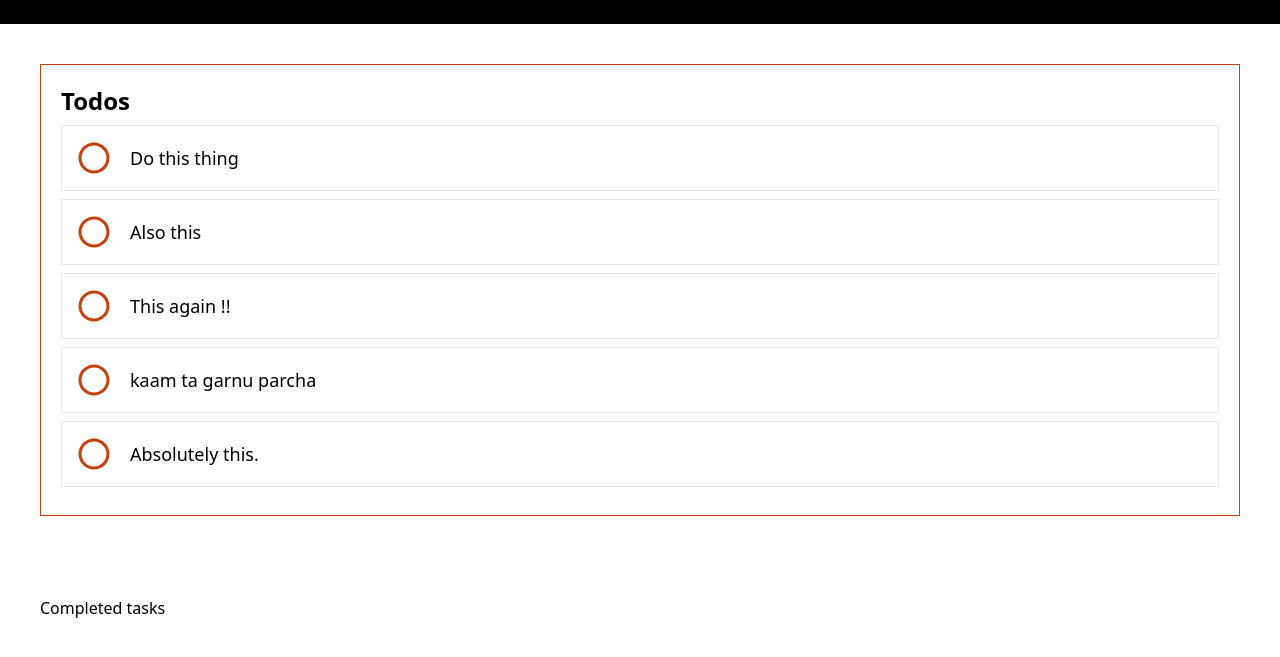
Repository: thekingisherenow/personalTodo
Page: /
These files come from the project's save history. The page is drawn as it stood at one moment and after the next save; the edit follows.
The browser window is 1280 px wide. The pictures show the whole page.
The project was rebuilt for these pictures with package versions that can differ from the ones it lists, and the page was loaded fresh each time. The framework's server and built-in components were replaced by stand-ins that run in the browser. Also part of the build but not shown: next.config.js, styles/Home.module.css.

Above is the page before, as saved 2022-12-15 17:20:17.

### pages/index.js
import Head from 'next/head'
import Image from 'next/image'
import Completed from '../components/Completed'
import Todos from '../components/Todos'
import styles from '../styles/Home.module.css'

export default function Home() {
  return (
    <div>
      <Head>
        <title>Create Next App</title>
        <meta name="description" content="To-do App" />
        <link rel="icon" href="/favicon.ico" />
      </Head>

     <div className='bg-white'>
      <h1 className='bg-black'>Completed --Tasks</h1>
      <Todos/>
      <Completed />
     </div>
    </div>
  )
}

### components/Completed.js
import React from 'react'

function Completed() {
  return (
    <div className='p-10'>
      Completed tasks
    </div>
  )
}

export default Completed

### components/Todos.js
import React from 'react'
import Todo from './Todo'

function Todos() {

    const todolist = [ "Do this thing","Also this", "This again !!" ,"kaam ta garnu parcha","Absolutely this."]

  return (
    <div className='p-5 m-10 border border-orange-700'>
      <h1 className='font-bold text-2xl'>Todos</h1>
        {todolist.map((todo)=>{
            return(
                <Todo todo={todo} />
            )
        })}

    </div>
  )
}

export default Todos

### components/Todo.js
import React, { useState } from 'react'
import { CheckCircleIcon } from '@heroicons/react/24/outline'
import { FaRegCircle ,FaRegCheckCircle } from 'react-icons/fa';

function Todo({todo}) {
    const [check, setCheck] = useState(false)

    //a function that removes the data.
  return (
    <div className='border  p-3 my-2 flex'>
        <div
         className=' w-10 h-10 flex justify-center items-center' onMouseEnter={()=>setCheck(true)}  onMouseLeave={()=>setCheck(false)} >

        { check?

<FaRegCheckCircle
className=' text-orange-700 w-8 h-8 ' /> :
<FaRegCircle className='w-8 text-orange-700 h-8' />
}
</div>

      <span className='text-center h-10 text-lg flex items-center justify-center p-4 '>{todo}</span>
    </div>
  )
}

export default Todo

Loaded but not shown: pages/_app.js (common file); styles/globals.css (common file); tailwind.config.js (common file)

After the next save:
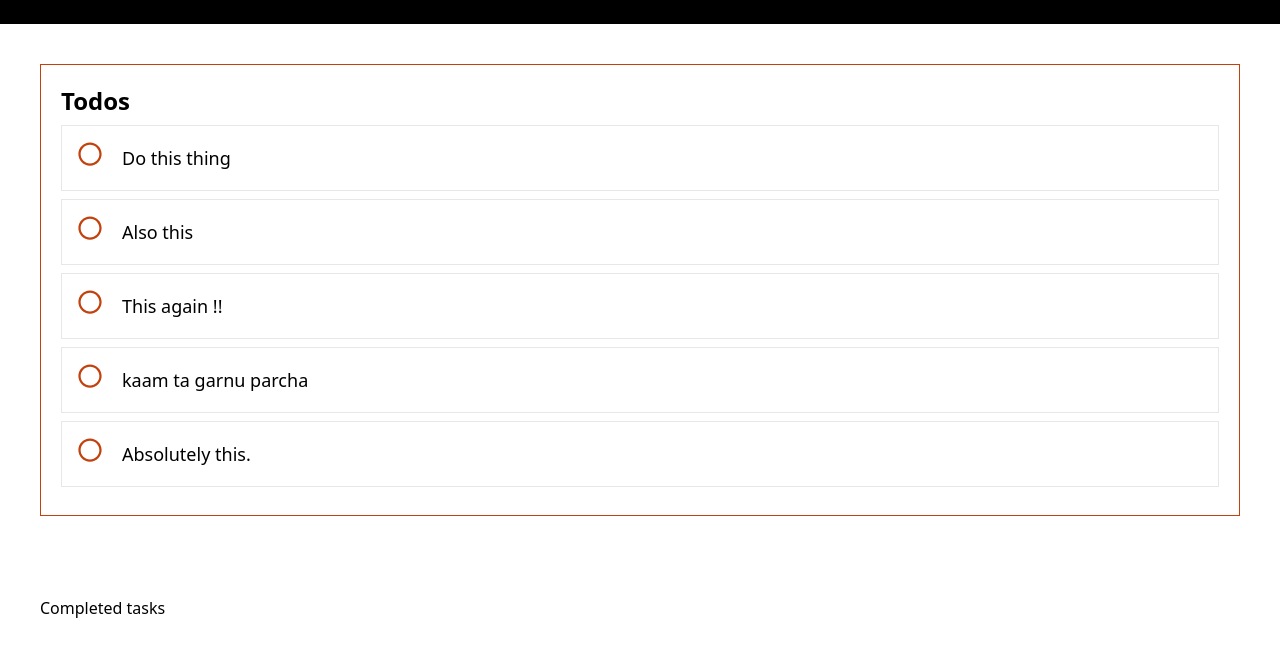
Saved 31 s later.
--- a/components/Todo.js
+++ b/components/Todo.js
@@ -9,13 +9,13 @@ function Todo({todo}) {
   return (
     <div className='border  p-3 my-2 flex'>
         <div
-         className=' w-10 h-10 flex justify-center items-center' onMouseEnter={()=>setCheck(true)}  onMouseLeave={()=>setCheck(false)} >
+         className=' w-8 h-8 flex justify-center items-center' onMouseEnter={()=>setCheck(true)}  onMouseLeave={()=>setCheck(false)} >
 
         { check?
 
 <FaRegCheckCircle
-className=' text-orange-700 w-8 h-8 ' /> :
-<FaRegCircle className='w-8 text-orange-700 h-8' />
+className=' text-orange-700 w-6 h-6 ' /> :
+<FaRegCircle className='w-6 text-orange-700 h-6' />
 }
 </div>
 
